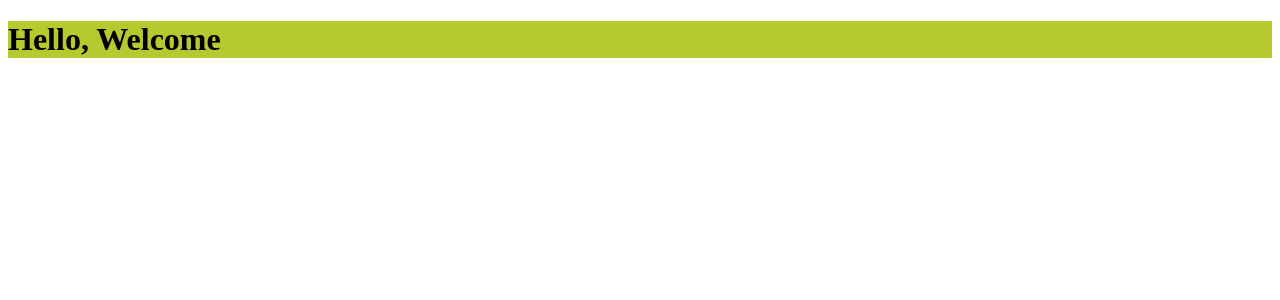
Repository: maliking/making
Page: http://localhost/labs/lab2/inc/randomBGColor.php
The author's editor kept a record of every edit. The page is drawn from the files as they stood at one moment, then again after the next edit.
The browser window is 1280 px wide. The pictures show the whole page.
The page is run by PHP 8.4 with error messages shown; the project is at /var/www/html/.

Above is the page before.

### labs/lab2/inc/randomBGColor.php
<!DOCTYPE html>
<html>
    <head>
        <title> Random BG </title>
        <meta charset="utf-8"/>
        <style>
        h1 {
            <?php
                $red = rand(0, 255);
                $green = rand(0, 255);
                $blue = rand(0, 255);
                $alpha = rand(0, 10) / 10;
                echo "background-color: rgba(" . $red . "," . $green . "," . $blue . "," . $alpha . ")";
            ?>
        }
        </style>

    </head>
    <body>
        <h1>Hello, Welcome</h1>



    </body>
</html>

After the next edit:
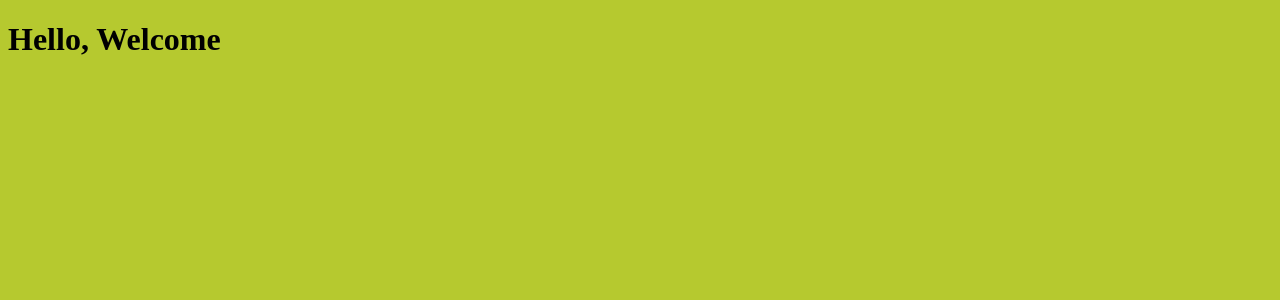
The edit:
--- a/labs/lab2/inc/randomBGColor.php
+++ b/labs/lab2/inc/randomBGColor.php
@@ -4,7 +4,7 @@
         <title> Random BG </title>
         <meta charset="utf-8"/>
         <style>
-        h1 {
+        body {
             <?php
                 $red = rand(0, 255);
                 $green = rand(0, 255);
